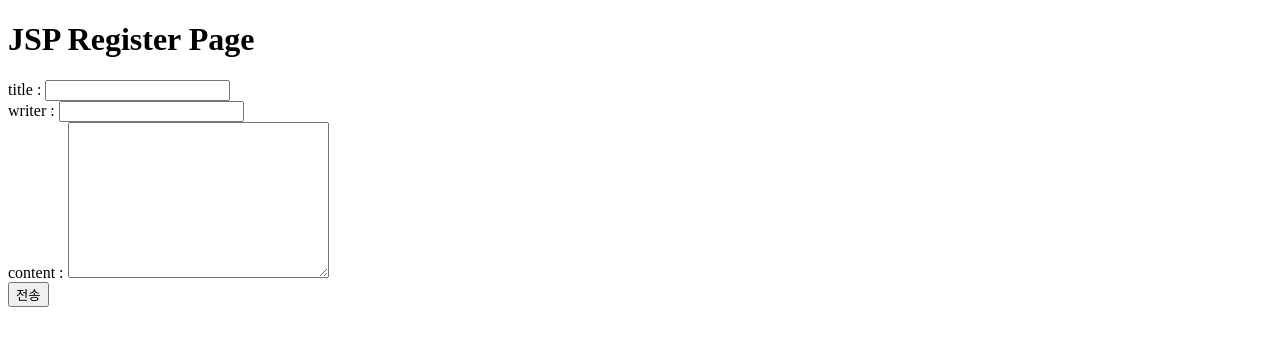
Repository: dlfhrrl12/jsptest
Page: http://localhost/jsp_study2/board/register.jsp
These files come from the project's save history. The page is drawn as it stood at one moment and after the next save; the edit follows.
The browser window is 1280 px wide. The pictures show the whole page.
The page is served by Tomcat 9. Other server files are loaded and not shown.

Above is the page before, as saved 2024-04-16 06:22:19.

### jsp_study2/src/main/webapp/board/register.jsp
<%@ page language="java" contentType="text/html; charset=UTF-8"
    pageEncoding="UTF-8"%>
<!DOCTYPE html>
<html>
<head>
<meta charset="UTF-8">
<title>Insert title here</title>
</head>
<body>
<h1>JSP Register Page</h1>
	<form action="/brd/insert" method="post">
		title : <input type="text" name="title"> <br>
		writer : <input type="text" name="writer"> <br>
		content : <textarea rows="10" cols="30" name="content"></textarea> <br>
		<button type="submit">전송</button>
	</form>
</body>
</html>

After the next save:
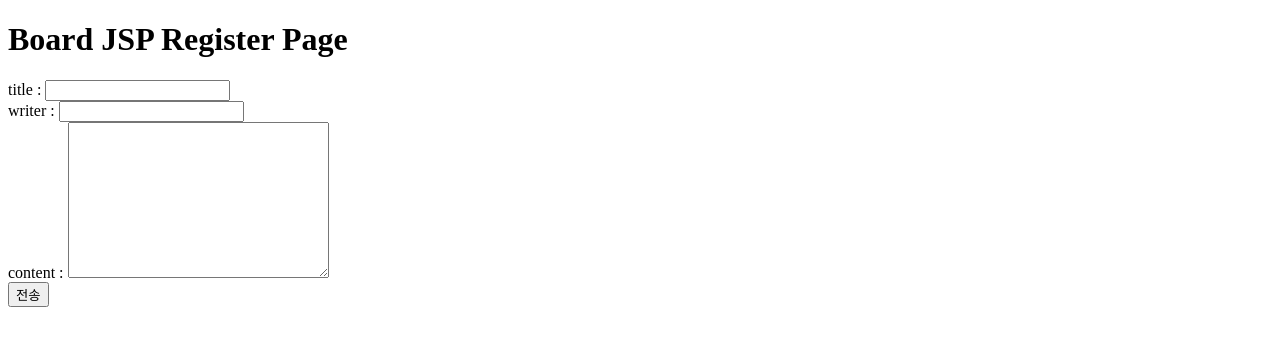
Saved 6 s later.
--- a/jsp_study2/src/main/webapp/board/register.jsp
+++ b/jsp_study2/src/main/webapp/board/register.jsp
@@ -7,7 +7,7 @@
 <title>Insert title here</title>
 </head>
 <body>
-<h1>JSP Register Page</h1>
+<h1>Board JSP Register Page</h1>
 	<form action="/brd/insert" method="post">
 		title : <input type="text" name="title"> <br>
 		writer : <input type="text" name="writer"> <br>
